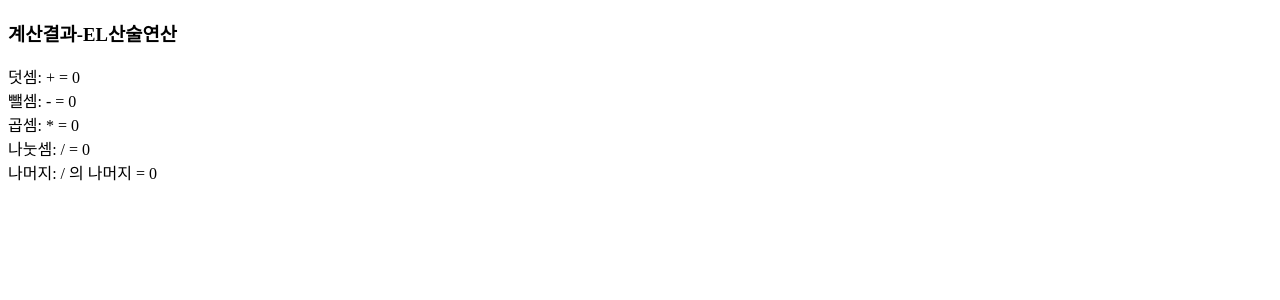
Repository: linklifejo/study_web
Page: http://localhost/servlet02/el/calculator_result.jsp
An editor plug-in stored every save of this project. The page is shown before and after the next save, followed by the edit.
The browser window is 1280 px wide. The pictures show the whole page.
The page is served by Tomcat 9. Other server files are loaded and not shown.

Above is the page before, as saved 2023-02-07 01:55:10.

### servlet02/src/main/webapp/el/calculator_result.jsp
<%@ page language="java" contentType="text/html; charset=UTF-8"
    pageEncoding="UTF-8"%>
<!DOCTYPE html>
<html>
<head>
<meta charset="UTF-8">
<title>Insert title here</title>
</head>
<body>
<h3>계산결과-EL산술연산</h3>
<div>덧셈: ${param.no1} + ${param.no2} = ${param.no1 + param.no2}</div>
<div>뺄셈: ${param.no1} - ${param.no2} = ${param.no1 - param.no2}</div>
<div>곱셈: ${param.no1} * ${param.no2} = ${param.no1 * param.no2}</div>
<div>나눗셈: ${param.no1} / ${param.no2} = ${param.no1 div param.no2}</div>
<div>나머지: ${param.no1} / ${param.no2}의 나머지 = ${param.no1 mod param.no2}</div>

</body>
</html>

After the next save:
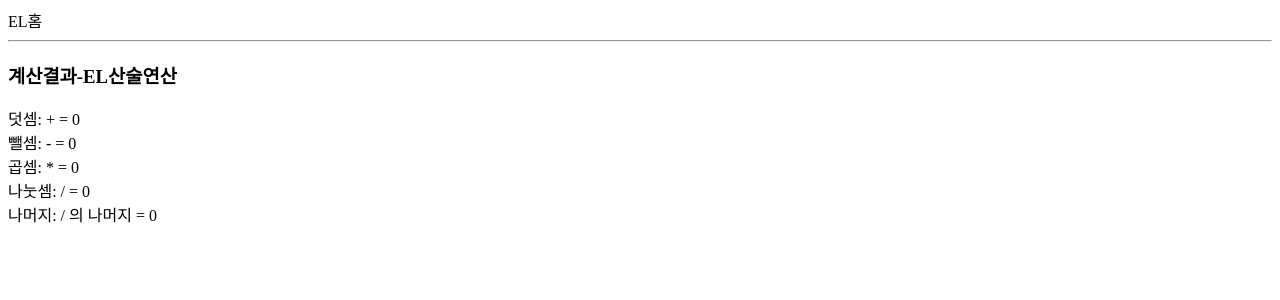
Saved 40 s later.
--- a/servlet02/src/main/webapp/el/calculator_result.jsp
+++ b/servlet02/src/main/webapp/el/calculator_result.jsp
@@ -7,6 +7,8 @@
 <title>Insert title here</title>
 </head>
 <body>
+<a>EL홈</a>
+<hr>
 <h3>계산결과-EL산술연산</h3>
 <div>덧셈: ${param.no1} + ${param.no2} = ${param.no1 + param.no2}</div>
 <div>뺄셈: ${param.no1} - ${param.no2} = ${param.no1 - param.no2}</div>
